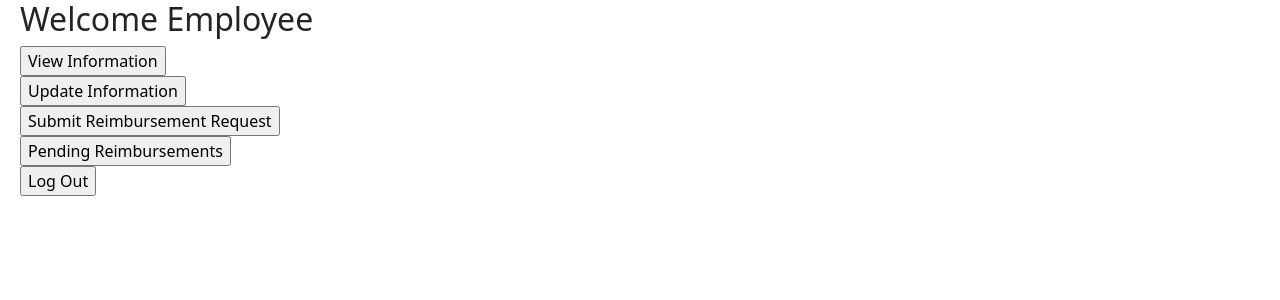
Repository: christianchrr/ExpenseReimbursement
Page: ExpenseReimbursement/src/main/webapp/employeeHome.html
The author's editor kept a copy of each file at every save. The page is drawn from the files as they stood at one save, then again after the next save.
The browser window is 1280 px wide. The pictures show the whole page.

Above is the page before, as saved 2021-04-01 07:32:07.

### ExpenseReimbursement/src/main/webapp/employeeHome.html
<!DOCTYPE html>

<html lang="en">
	<head>
		<meta charset="utf-8">
		<link href="https://cdn.jsdelivr.net/npm/bootstrap@5.0.0-beta3/dist/css/bootstrap.min.css" rel="stylesheet" integrity="sha384-eOJMYsd53ii+scO/bJGFsiCZc+5NDVN2yr8+0RDqr0Ql0h+rP48ckxlpbzKgwra6" crossorigin="anonymous">
	</head>
	<body class="body" style="margin-left: 20px;">
		<h2>Welcome Employee</h2>
		<form action="ViewInformation" method="post">
			<input type="submit" value="View Information">
		</form>
		<form action="employeeUpdateForm.html" method="post">
			<input type="submit" value="Update Information">
		</form>
		<form action="submitReimbursementRequest.html">
			<input type="submit" value="Submit Reimbursement Request">
		</form>
		<form action="EmployeeShowReimbursements">
			<input type="submit" value="Pending Reimbursements">
		</form>
		<form action="SessionLogout">
			<input type="submit" value="Log Out">
		</form>
	</body>
</html>

After the next save:
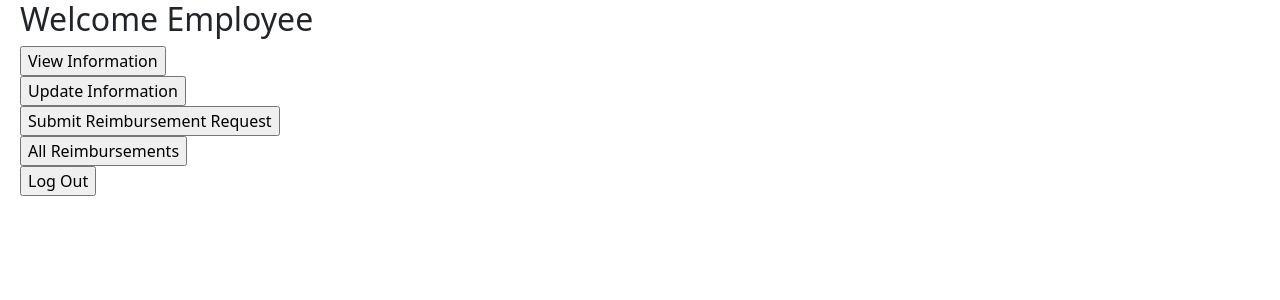
Saved 3 min 31 s later.
--- a/ExpenseReimbursement/src/main/webapp/employeeHome.html
+++ b/ExpenseReimbursement/src/main/webapp/employeeHome.html
@@ -17,7 +17,7 @@
 			<input type="submit" value="Submit Reimbursement Request">
 		</form>
 		<form action="EmployeeShowReimbursements">
-			<input type="submit" value="Pending Reimbursements">
+			<input type="submit" value="All Reimbursements">
 		</form>
 		<form action="SessionLogout">
 			<input type="submit" value="Log Out">
